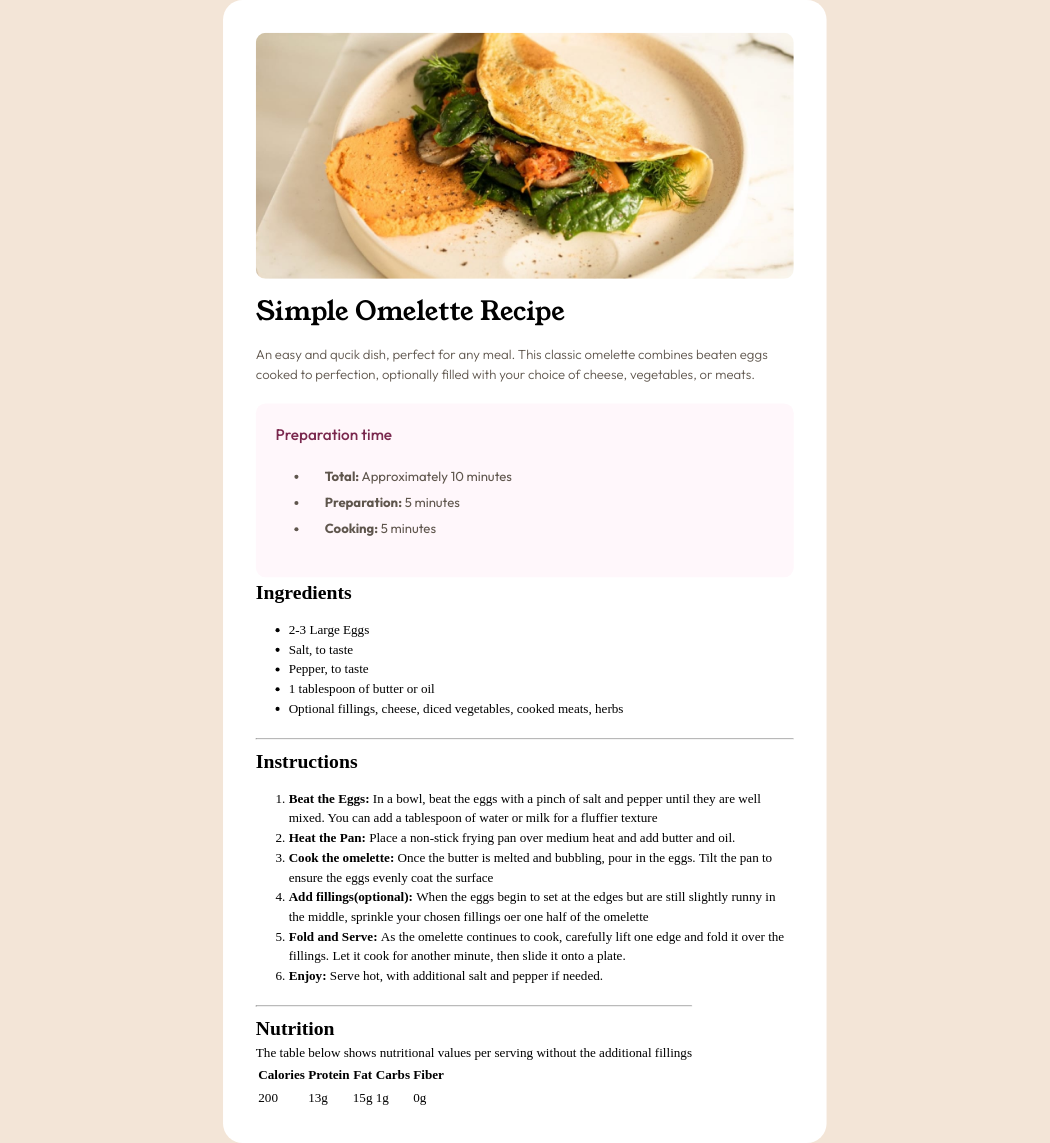
Repository: brandontaylor1/recipe-page
Page: index.html
An editor plug-in stored every save of this project. The page is shown before and after the next save, followed by the edit.
The browser window is 1280 px wide. The pictures show the whole page, at 82% of full size.

Above is the page before, as saved 2025-01-07 22:30:48.

### index.html
<!DOCTYPE html>
<html lang="en">
<head>
    <meta charset="UTF-8">
    <meta name="viewport" content="width=device-width, initial-scale=1.0">
    <link rel="preconnect" href="https://fonts.googleapis.com">
    <link rel="preconnect" href="https://fonts.gstatic.com" crossorigin>
    <link href="https://fonts.googleapis.com/css2?family=Outfit:wght@100..900&family=Young+Serif&display=swap" rel="stylesheet">
    <link rel="stylesheet" href="styles.css">
    <title>Recipe Page</title>
</head>
<body>
    <main class="container">
        <div class="recipe-card">
            <div class="recipe-title-content">
                <img src="./assets/images/image-omelette.jpeg" alt="recipe-image">
                <h1>Simple Omelette Recipe</h1>
                <p>An easy and qucik dish, perfect for any meal. This classic omelette combines beaten eggs cooked to perfection, optionally filled with your choice of cheese, vegetables, or meats. </p>
            </div>
            <div class="preparation-container">
                <h3>Preparation time</h3>
                <ul class="preparation-time">
                    <li><strong>Total:</strong> Approximately 10 minutes</li>
                    <li><strong>Preparation:</strong> 5 minutes</li>
                    <li><strong>Cooking:</strong> 5 minutes</li>
                </ul>
            </div>
            <div class="ingredients-container">
                <h2>Ingredients</h2>
                <ul class="ingredients-list">
                    <li>2-3 Large Eggs</li>
                    <li>Salt, to taste</li>
                    <li>Pepper, to taste</li>
                    <li>1 tablespoon of butter or oil</li>
                    <li>Optional fillings, cheese, diced vegetables, cooked meats, herbs</li>
                </ul>
            </div>
            <div class="instructions-container">
                <hr>
                <h2>Instructions</h2>
                <ol class="instructions-list">
                    <li><strong>Beat the Eggs: </strong> In a bowl, beat the eggs with a pinch of salt and pepper until they are well mixed. You can add a tablespoon of water or milk for a fluffier texture</li>
                    <li><strong>Heat the Pan: </strong> Place a non-stick frying pan over medium heat and add butter and oil.</li>
                    <li><strong>Cook the omelette: </strong> Once the butter is melted and bubbling, pour in the eggs. Tilt the pan to ensure the eggs evenly coat the surface</li>
                    <li><strong>Add fillings(optional): </strong> When the eggs begin to set at the edges but are still slightly runny in the middle, sprinkle your chosen fillings oer one half of the omelette</li>
                    <li><strong>Fold and Serve: </strong> As the omelette continues to cook, carefully lift one edge and fold it over the fillings. Let it cook for another minute, then slide it onto a plate.</li>
                    <li><strong>Enjoy: </strong> Serve hot, with additional salt and pepper if needed.</li>

            </div>
            <div class="nutrition-container">
                <hr>
                <h2>Nutrition</h2>
                <p>The table below shows nutritional values per serving without the additional fillings</p>
                <table>
                    <tr>
                        <th>Calories</th>
                        <th>Protein</th>
                        <th>Fat</th>
                        <th>Carbs</th>
                        <th>Fiber</th>
                    </tr>
                    <tr>
                        <td>200</td>
                        <td>13g</td>
                        <td>15g</td>
                        <td>1g</td>
                        <td>0g</td>
                    </tr>
                </table>

            </div>
        </div>


    </main>



    <script src="index.js"></script>
</body>
</html>

### styles.css
*,
*::before,
*::after {
    box-sizing: border-box;
}

body,
h1,
h2,
h3,
h4,
h5,
h6,
p,
figure,
picture {
    margin: 0;
}

body {
    line-height: 1.5;
    min-height: 100vh;
}

img,
picture {
    max-width: 100%;
    display: block;
}

input,
button,
textarea,
select {
    font: inherit;
}

@media (prefers-reduced-motion: reduce) {
    *,
    *::before,
    *::after {
      animation-duration: 0.01ms !important;
      animation-iteration-count: 1 !important;
      transition-duration: 0.01ms !important;
      scroll-behavior: auto !important;
    }
  }

  /* UTILITY CLASSES */
  /* .flex{
    display: flex;
    gap: var(--gap, 1rem);
  }

  .grid {
    display: grid;
    gap: var(--gap, 1rem);
  }

  .container {
    padding: 0 2rem;
    margin: 0 auto;
    max-width: 80rem;
  }

  .sr-only {
    position: absolute;
    width: 1px;
    height: 1px;
    padding: 0;
    margin: -1px;
    overflow: hidden;
    clip: rect(0, 0, 0, 0);
    white-space: nowrap;
    border-width: 0;
  }

  .backgroundColor {
    background-color: var(--color-rose-50);
  } */




:root {
    /* COLORS */
    --color-rose-800: #7A284E;
    --color-rose-50: #FFF7FB;

    --color-stone-900: #312E2C;
    --color-stone-600: #5F564D;
    --color-stone-150: #E3DDD7;
    --color-stone-100: #F3E5D7;

    --color-brown-800: #854632;

    --color-white: #FFFFFF;
    --color-black: #000000;

    /* FONTS */
    /* @font-face {
        font-family: "YoungSerif-Regular", sans-serif;
        src: url(./fonts/YoungSerif-Regular.ttf) format('ttf');
    }

    @font-face {
        font-family: "Outfit-SemiBold", sans-serif;
        src: url(./fonts/Outfit-SemiBold.ttf) format('ttf');
    }

    @font-face {
        font-family: "Outfit-Bold", sans-serif;
        src: url(./fonts/Outfit-Bold.ttf) format('ttf');
    }

    @font-face {
        font-family: "Outfit-Regular", sans-serif;
        src: url(./fonts/Outfit-Regular.ttf) format('ttf');
    } */

    /* FONT SIZES */
    /* --fs-h1: 9.375rem;
    --fs-h2: 1.75rem;
    --fs-h3: 1.25rem;
    --fs-p: 1rem; */

}

.container {
    display: flex;
    flex-direction: column;
    align-items: center;
    justify-content: center;
    padding: 0 2rem;
    margin: 0 auto;
    max-width: 80rem;
    background-color: var(--color-stone-100);

}

.recipe-card {
    display: flex;
    flex-direction: column;
    align-items: flex-start;
    justify-content: space-between;
    width: 736px;
    padding: 40px;
    background-color: var(--color-white);
    border-radius: 24px;

}

.recipe-card img {
    width: 100%;
    border-radius: 12px;
}

.recipe-card h1 {
    padding: 1rem 0;
    font-family: "Young Serif", sans-serif;
    font-weight: 200;
}

.recipe-title-content p {
    color: var(--color-stone-600);
    font-family: "Outfit", sans-serif;
    font-size: 16px;
    font-weight: 300;
    line-height: 24px;
}

.preparation-container {
    display: flex;
    flex-direction: column;
    align-items: flex-start;
    width: 100%;
    margin-top: 24px;
    padding: 24px;
    border-radius: 12px;;
    background-color: var(--color-rose-50);
}

.preparation-container h3 {
    font-family: "Outfit", sans-serif;
    font-weight: 500;
    color: var(--color-rose-800);
}

.preparation-container p {
    font-family: "Outfit", sans-serif;
}

.preparation-time li {
    font-family: "Outfit", sans-serif;
    color: var(--color-stone-600);
    font-size: 16px;
    font-weight: 400;
    line-height: 24px;
    margin: 8px 0;
    padding-left: 20px;
}

.preparation-time li strong {
    font-family: "Outfit", sans-serif;
    font-weight: 700;
    font-size: 16px;
    color: var(--color-stone-600);
    line-height: 24px;
}

Loaded but not shown: index.js (common file)

After the next save:
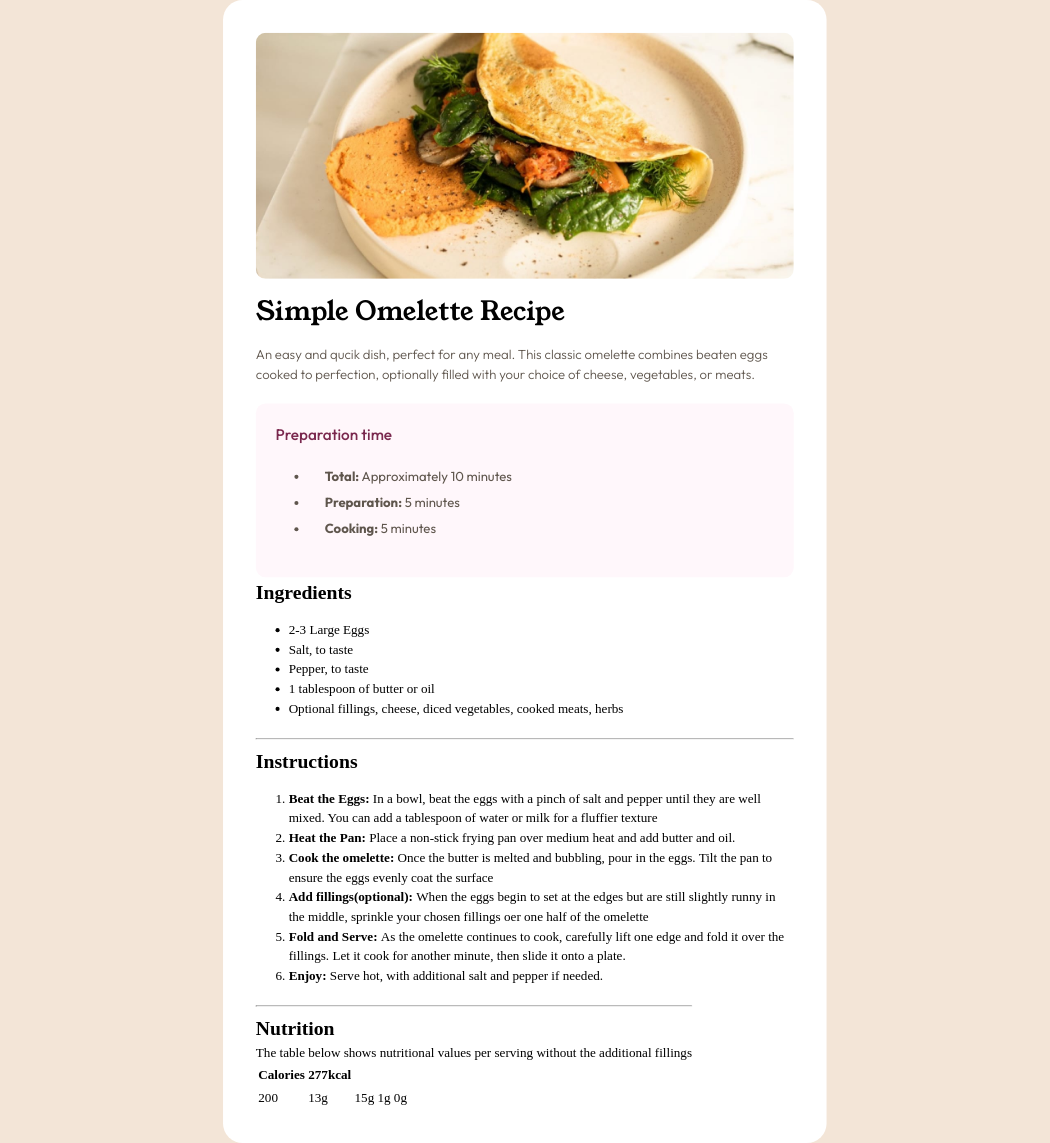
Saved 36 s later.
--- a/index.html
+++ b/index.html
@@ -54,10 +54,7 @@
                 <table>
                     <tr>
                         <th>Calories</th>
-                        <th>Protein</th>
-                        <th>Fat</th>
-                        <th>Carbs</th>
-                        <th>Fiber</th>
+                        <th>277kcal</th>
                     </tr>
                     <tr>
                         <td>200</td>
